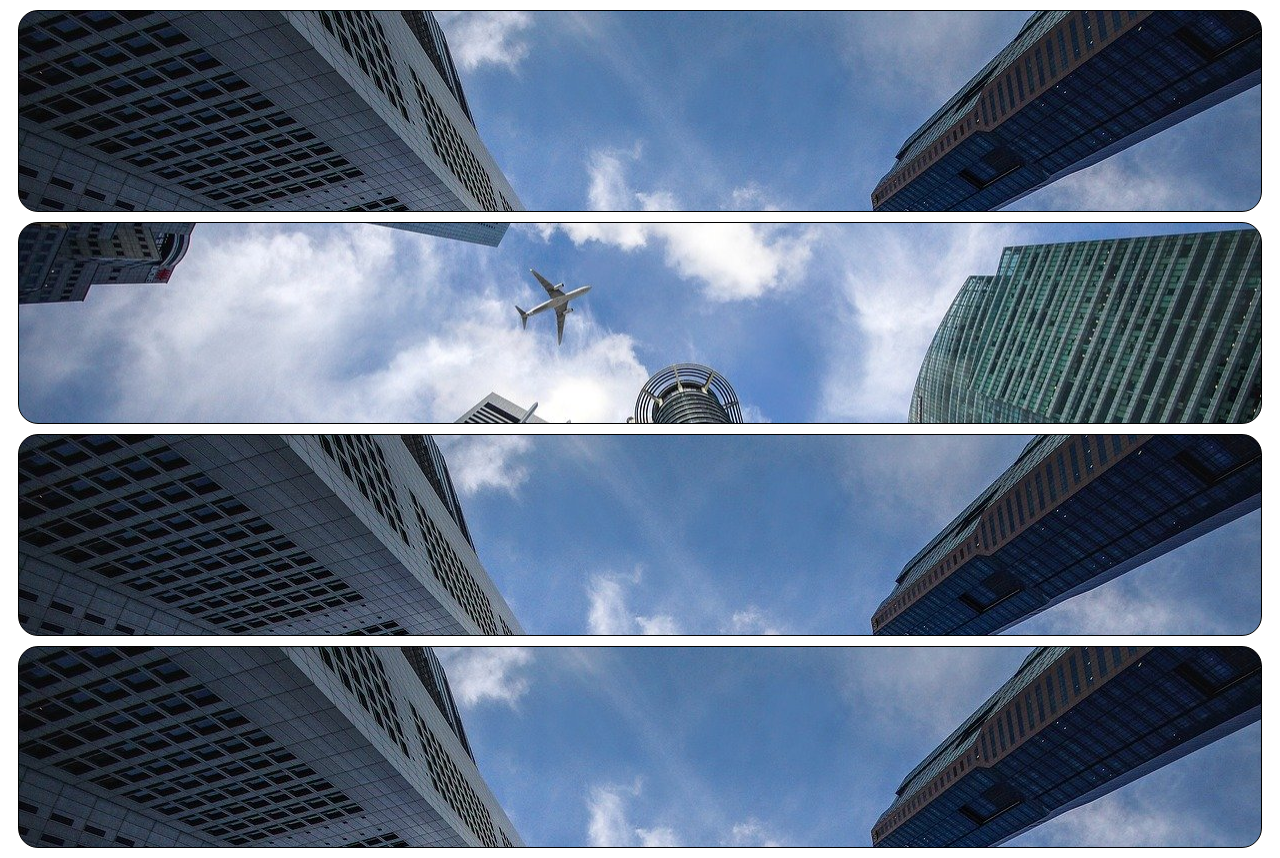
Repository: gustavotwist/html-css
Page: ex22/fundo02.html
An editor plug-in stored every save of this project. The page is shown before and after a run of saves, followed by the edit.
The browser window is 1280 px wide. The pictures show the whole page.

Above is the page before, as saved 2024-04-10 22:48:48.

After the next 3 saves:
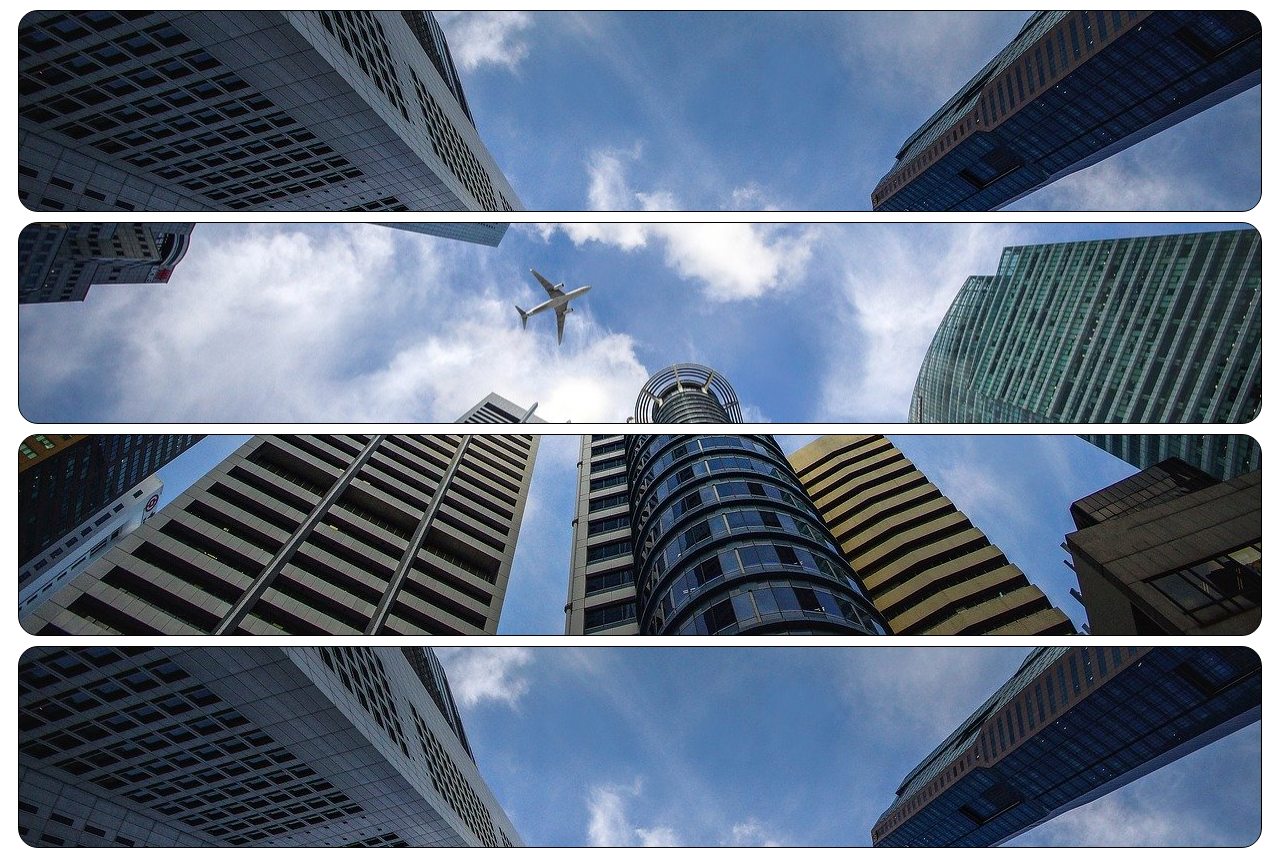
The 3 saves are shown as one change because they came seconds apart.
The last was saved 7 s later.
--- a/ex22/fundo02.html
+++ b/ex22/fundo02.html
@@ -37,7 +37,7 @@
    <div class="bloco" id="q2">
 
    </div>
-   <div class="bloco">
+   <div class="bloco" id="q3">
 
    </div>
    <div class="bloco">
